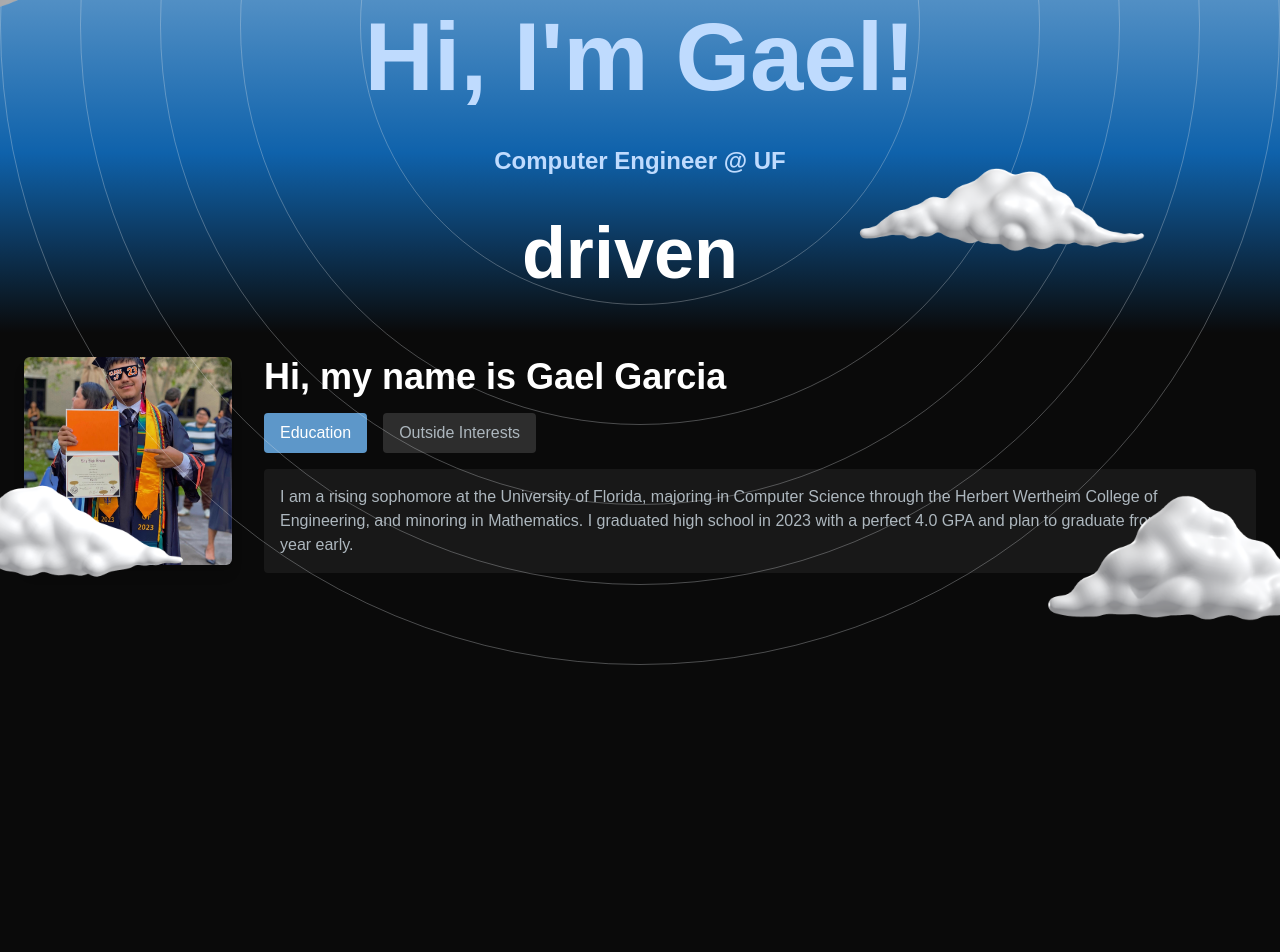
Repository: GG1627/2d-portfolio
Page: /
The author's editor kept a copy of each file at every save. The page is drawn from the files as they stood at one save, then again after the next save.
The browser window is 1280 px wide. The pictures show the part of the page from y = 387 to 1339 px (the page is 5560 px tall).
The project was rebuilt for these pictures with package versions that can differ from the ones it lists, and the page was loaded fresh each time. The framework's server and built-in components were replaced by stand-ins that run in the browser. Also part of the build but not shown: next.config.ts.

Above is the page before, as saved 2025-01-08 11:14:53.

### app/page.tsx
import { Hero } from "./sections/Hero";
import { Stack } from "./sections/Stack";
import { Projects } from "./sections/Projects";
import { Navbar } from "./sections/Navbar";
import About from "./sections/About";
import { Contact } from "./sections/Contact";

export default function Home() {
  return (
    <div>
      <Navbar />
      <Hero />
      <About />
      <Projects />
      <Stack />
      <Contact />
    </div>
  );
}

### app/sections/Hero.tsx
"use client";
import Image from "next/image";
import { TypeAnimation } from "react-type-animation";
import React from "react";
import ParallaxClouds from "../components/Clouds";
import Avatar from "./../assets/avatar.png";

export const Hero = () => {
  return (
    <div
      style={{
        background:
          "linear-gradient(180deg, #557BAD, #8BAAC4, #5D97C9, #0F62AB, #0a0a0a)",
      }}
      className="overflow-x-clip min-h-screen pb-2 flex items-center justify-center relative"
    >
      <div className="container mx-auto space-y-10 flex items-center justify-center flex-col text-center">
        <div className="w-[320px] h-[320px] rounded-full overflow-hidden bg-slate-200">
          <Image
            src={Avatar}
            alt="avatar"
            className="object-cover"
            width={320}
            height={320}
          />
        </div>
        <h1 className="text-blue-200 font-extrabold text-8xl">Hi, I'm Gael!</h1>
        <p className="text-blue-200 text-2xl font-semibold max-w-[500px]">
          Computer Engineer @ UF
        </p>
        <TypeAnimation
          className="text-7xl text-white inline-block font-extrabold"
          wrapper="h1"
          cursor={true}
          repeat={Infinity}
          sequence={[
            "leader",
            1000,
            "creative",
            1000,
            "passionate",
            1000,
            "driven",
            1000,
            "adaptable",
            1000,
            "ambitious",
            1000,
          ]}
        />
        <ParallaxClouds />
      </div>
    </div>
  );
};

### app/sections/Stack.tsx
"use client";
import React, { useEffect } from "react";
import {
  SiReact,
  SiNodedotjs,
  SiCplusplus,
  SiPython,
  SiThreedotjs,
  SiNextdotjs,
  SiFirebase,
  SiRedux,
  SiJavascript,
  SiTypescript,
} from "react-icons/si";
import { motion, useAnimation } from "framer-motion";
import { useInView } from "react-intersection-observer";

const stackItems = [
  {
    id: 1,
    name: "C++",
    icon: <SiCplusplus size={100} />,
    color: "text-sky-400",
  },
  {
    id: 2,
    name: "Python",
    icon: <SiPython size={100} />,
    color: "text-sky-400",
  },
  {
    id: 3,
    name: "JavaScript",
    icon: <SiJavascript size={100} />,
    color: "text-sky-400",
  },
  {
    id: 4,
    name: "TypeScript",
    icon: <SiTypescript size={100} />,
    color: "text-sky-400",
  },
  {
    id: 5,
    name: "React",
    icon: <SiReact size={100} />,
    color: "text-sky-400",
  },
  {
    id: 6,
    name: "Node.js",
    icon: <SiNodedotjs size={100} />,
    color: "text-sky-400",
  },
  {
    id: 7,
    name: "Three.js",
    icon: <SiThreedotjs size={100} />,
    color: "text-sky-400",
  },
  {
    id: 8,
    name: "Next.js",
    icon: <SiNextdotjs size={100} />,
    color: "text-sky-400",
  },
  {
    id: 9,
    name: "Firebase",
    icon: <SiFirebase size={100} />,
    color: "text-sky-400",
  },
  {
    id: 10,
    name: "Redux",
    icon: <SiRedux size={100} />,
    color: "text-sky-400",
  },
];

const itemVariants = {
  hidden: (index: number) => ({
    opacity: 0,
    x: index % 2 === 0 ? -100 : 100,
  }),
  visible: {
    opacity: 1,
    x: 0,
    transition: {
      duration: 3,
    },
  },
};

export const Stack = () => {
  const controls = useAnimation();
  const [ref, inView] = useInView({
    threshold: 0.1,
  });

  useEffect(() => {
    if (inView) {
      controls.start("visible");
    } else {
      controls.start("hidden");
    }
  }, [controls, inView]);

  return (
    <section className="">
      <div className=" max-w-[250px] mx-auto text-center">
        <h2 className="text-7xl text-gray-200 font-bold mb-10">My Stack</h2>
        <div className="grid gap-8" ref={ref}>
          {stackItems.map((item, index) => (
            <motion.div
              key={item.id}
              custom={index}
              initial="hidden"
              animate={controls}
              variants={itemVariants}
              className="bg-white/10 flex justify-center items-center flex-row rounded-xl shadow-lg p-4 hover:shadow-2xl"
            >
              <div className={`mb-4 ${item.color}`}>{item.icon}</div>
              <p className="text-white/20 text-3xl transform rotate-[-90deg]">
                {item.name}
              </p>
            </motion.div>
          ))}
        </div>
      </div>
    </section>
  );
};

### app/sections/Projects.tsx
import React from "react";
import ProjectCard from "../components/ProjectCard";

const projectsData = [
  {
    id: 1,
    title: "3D Portfolio",
    description:
      "An immersive, fully interactive 3D portfolio that seamlessly integrates 2D elements, providing a dynamic and engaging experience for users to explore the app in a visually compelling environment.",
    image: "images/netflix.png",
    tag: ["All", "Web"],
    gitUrl: "/",
    previewUrl: "/",
    tools: [
      "TypeScript",
      "React",
      "React-Three-Fiber",
      "Three.js",
      "GSAP",
      "HTML",
      "CSS",
    ],
  },
  {
    id: 2,
    title: "2D Portfolio",
    description:
      "A dynamic portfolio featuring engaging animations, designed to serve as a 2D component within my 3D portfolio project.",
    image: "images/netflix.png",
    tag: ["All", "Web"],
    gitUrl: "/",
    previewUrl: "/",
    tools: [
      "TypeScript",
      "React",
      "Next.js",
      "Framer Motion",
      "Parallax",
      "HTML",
      "Tailwind CSS",
      "Vercel",
    ],
  },
  {
    id: 3,
    title: "Netflix Clone",
    description:
      "Developed a fully functional Netflix clone with user authentication, movie browsing, subscription management, and recurring payments, delivering an immersive streaming experience.",
    image: "images/netflix.png",
    tag: ["All", "Web"],
    gitUrl: "https://github.com/GG1627/Netflix-clone",
    previewUrl: "https://movieappv2-8361c.web.app/",
    tools: [
      "JavaScript",
      "React",
      "Redux",
      "Firebase",
      "Stripe",
      "API",
      "HTML",
      "CSS",
    ],
  },
  {
    id: 4,
    title: "Game Twin",
    description:
      "Developed a web application that uses Quick Sort and Cocktail Sort algorithms to provide personalized video game recommendations based on parameters such as Metacritic ratings and achievements, leveraging a dataset of over 470,000 games.",
    image: "images/gameTwin.png",
    tag: ["All", "Web"],
    gitUrl: "https://github.com/GG1627/Game-Twin",
    previewUrl: "https://game-twin.onrender.com/",
    tools: ["C++", "Python", "Django", "Flask", "HTML", "CSS"],
  },
  {
    id: 5,
    title: "Manim Data Structures",
    description:
      "Collaborating on an open-source project to develop a Python plugin with the Manim library for animating and visualizing data structures, enhancing the understanding of complex algorithms.",
    image: "images/manim.png",
    tag: ["All", "Web"],
    gitUrl: "https://github.com/ufosc/manim-data-structures",
    previewUrl: "",
    tools: ["Python", "Manim", "Mobjects"],
  },
  {
    id: 6,
    title: "Minesweeper",
    description:
      "Recreated the classic Minesweeper game with full functionality, including a timer, mine count, flag placement, and leaderboard, offering an engaging and complete user experience.",
    image: "images/minesweeper.png",
    tag: ["All", "Web"],
    gitUrl: "https://github.com/GG1627/MineSweeper",
    previewUrl: "",
    tools: ["C++", "SFML", "Chronos"],
  },
];

export const Projects = () => {
  return (
    <>
      <h2 className="text-center text-6xl font-bold text-[#5D97C9] mt-4 mb-10">
        My Projects
      </h2>
      <div className="grid md:grid-cols-3 gap-8 md:gap-12 px-10">
        {projectsData.map((project) => (
          <ProjectCard
            key={project.id}
            title={project.title}
            description={project.description}
            imgUrl={project.image}
            gitUrl={project.gitUrl}
            previewUrl={project.previewUrl}
            tools={project.tools}
          />
        ))}
      </div>
    </>
  );
};

### app/sections/Navbar.tsx
"use client";
import React, { useState } from "react";
import { AiOutlineMenu, AiOutlineClose } from "react-icons/ai";
import { motion } from "framer-motion";

const navLinks = [
  { title: "About", path: "#about" },
  { title: "Projects", path: "#Projects" },
  { title: "Stack", path: "#Stack" },
  { title: "Contact", path: "#Contact" },
];

export const Navbar = () => {
  const [nav, setNav] = useState(false);

  const toggleNav = () => {
    setNav(!nav);
  };

  const closeNav = () => {
    setNav(false);
  };

  const menuVariants = {
    open: {
      x: 0,
      transition: {
        stiffness: 20,
        damping: 15,
      },
    },
    close: {
      x: "-100%",
      transition: {
        stiffness: 20,
        damping: 15,
      },
    },
  };

  return (
    <div className="z-50 fixed left-[40%] text-white font-bold">
      <div className="border border-white/20 mt-12 backdrop-blur-xl rounded-3xl hidden md:flex items-center justify-center p-2 max-w-[400px] mx-auto">
        <ul className="flex flex-row p-2 space-x-8">
          {navLinks.map((link, index) => (
            <li key={index}>
              <a
                href={link.path}
                className="transform hover:skew-x-12 hover:text-white/50 transition-all duration-300 ease-in-out"
              >
                {link.title}
              </a>
            </li>
          ))}
        </ul>
      </div>

      <div
        onClick={toggleNav}
        className="z-50 md:hidden absolute top-5 left-5 border rounded text-white/70 border-white/70 p-2"
      >
        {nav ? <AiOutlineClose size={30} /> : <AiOutlineMenu size={30} />}
      </div>

      <motion.div
        initial={false}
        animate={nav ? "open" : "closed"}
        variants={menuVariants}
        className="fixed left-0 top-0 w-full h-full bg-black/90 hidden md:hidden"
      >
        <ul className="flex flex-col items-center justify-center space-y-8 h-full">
          {navLinks.map((link, index) => (
            <li key={index}>
              <a href={link.path} onClick={closeNav} className="text-5xl">
                {link.title}
              </a>
            </li>
          ))}
        </ul>
      </motion.div>
    </div>
  );
};

### app/sections/About.tsx
"use client";
import React, { useState } from "react";

const About: React.FC = () => {
  const [activeTab, setActiveTab] = useState<"education" | "interests">(
    "education"
  );

  const handleTabClick = (tab: "education" | "interests") => {
    setActiveTab(tab);
  };

  return (
    <div className="h-screen flex flex-col md:flex-row items-center md:items-start p-6 bg-[#0a0a0a] text-white">
      {/* Left Section: Profile Picture */}
      <div className="flex-shrink-0 mb-6 md:mb-0 md:mr-8">
        <img
          src="/images/pic.jpg"
          alt="Gael's Picture"
          className="w-52 h-52 md:w-52 md:h-52 rounded-md object-cover shadow-lg"
        />
      </div>

      {/* Right Section: Content */}
      <div className="flex-grow">
        {/* Greeting */}
        <h1 className="text-3xl md:text-4xl font-bold mb-4">
          Hi, my name is Gael Garcia
        </h1>

        {/* Tabs */}
        <div className="flex space-x-4 mb-4">
          <button
            className={`px-4 py-2 rounded ${
              activeTab === "education"
                ? "bg-[#5D97C9] text-white"
                : "bg-[#2D2D2D] text-[#ADB7BE]"
            }`}
            onClick={() => handleTabClick("education")}
          >
            Education
          </button>
          <button
            className={`px-4 py-2 rounded ${
              activeTab === "interests"
                ? "bg-[#5D97C9] text-white"
                : "bg-[#2D2D2D] text-[#ADB7BE]"
            }`}
            onClick={() => handleTabClick("interests")}
          >
            Outside Interests
          </button>
        </div>

        {/* Tab Content */}
        <div className="p-4 rounded bg-[#181818]">
          {activeTab === "education" ? (
            <div>
              {/* <h2 className="text-2xl font-semibold mb-2">Education</h2> */}
              <p className="text-[#ADB7BE]">
                I am a rising sophomore at the University of Florida, majoring
                in Computer Science through the Herbert Wertheim College of
                Engineering, and minoring in Mathematics. I graduated high
                school in 2023 with a perfect 4.0 GPA and plan to graduate from
                college a year early.
              </p>
            </div>
          ) : (
            <div>
              {/* <h2 className="text-2xl font-semibold mb-2">Outside Interests</h2> */}
              <p className="text-[#ADB7BE]">
                Outside of my studies, I enjoy playing pickleball, exploring new
                cuisines (especially tacos!), and watching soccer. I also love
                staying active and spending time with friends and family.
              </p>
            </div>
          )}
        </div>
      </div>
    </div>
  );
};

export default About;

### app/sections/Contact.tsx
export const Contact = () => {
  return <div className="w-full h-screen">Contact</div>;
};

### app/components/Clouds.tsx
import React, { useEffect, useState } from "react";
import Cloud1 from "./../assets/cloud1.png";
import Cloud2 from "./../assets/cloud2.png";
import Cloud3 from "./../assets/cloud3.png";
import Cloud4 from "./../assets/cloud4.png";
import Cloud5 from "./../assets/cloud5.png";
import Image from "next/image";
import { Circles } from "./Circles";

const ParallaxClouds = () => {
  const [mousePosition, setMousePosition] = useState({ x: 0, y: 0 });
  const [cloudsPosition, setCloudsPosition] = useState({
    cloud1: { x: 0, y: 0 },
    cloud2: { x: 0, y: 0 },
    cloud3: { x: 0, y: 0 },
    cloud4: { x: 0, y: 0 },
    cloud5: { x: 0, y: 0 },
  });

  // Track mouse position
  const handleMouseMove = (e: MouseEvent) => {
    const { clientX, clientY } = e;
    setMousePosition({ x: clientX, y: clientY });
  };

  // Calculate cloud positions based on mouse position
  useEffect(() => {
    const updateCloudPositions = () => {
      setCloudsPosition({
        cloud1: {
          x: (mousePosition.x - window.innerWidth / 2) * 0.05,
          y: (mousePosition.y - window.innerHeight / 2) * 0.05,
        },
        cloud2: {
          x: (mousePosition.x - window.innerWidth / 2) * 0.1,
          y: (mousePosition.y - window.innerHeight / 2) * 0.1,
        },
        cloud3: {
          x: (mousePosition.x - window.innerWidth / 2) * 0.15,
          y: (mousePosition.y - window.innerHeight / 2) * 0.15,
        },
        cloud4: {
          x: (mousePosition.x - window.innerWidth / 2) * 0.2,
          y: (mousePosition.y - window.innerHeight / 2) * 0.2,
        },
        cloud5: {
          x: (mousePosition.x - window.innerWidth / 2) * 0.25,
          y: (mousePosition.y - window.innerHeight / 2) * 0.25,
        },
      });
    };

    updateCloudPositions();
  }, [mousePosition]); // Update whenever the mouse position changes

  // Add event listener for mouse movement
  useEffect(() => {
    window.addEventListener("mousemove", handleMouseMove);

    // Clean up the event listener
    return () => {
      window.removeEventListener("mousemove", handleMouseMove);
    };
  }, []);

  return (
    <div className="absolute top-[-35%] left-[50%] w-[78rem] -translate-x-1/2 aspect-square">
      <Circles />
      <Image
        src={Cloud1}
        alt="cloud 1"
        className="absolute"
        style={{
          left: `calc(-7% + ${cloudsPosition.cloud1.x}px)`,
          top: `calc(80% + ${cloudsPosition.cloud1.y}px)`,
          width: "300px", // Make the cloud smaller
          transition: "transform 0.1s ease-out",
        }}
      />
      <Image
        src={Cloud2}
        alt="cloud 2"
        className="absolute"
        style={{
          left: `calc(65% + ${cloudsPosition.cloud2.x}px)`,
          top: `calc(30% + ${cloudsPosition.cloud2.y}px)`,
          width: "300px", // Make the cloud smaller
          transition: "transform 0.1s ease-out",
        }}
      />
      <Image
        src={Cloud3}
        alt="cloud 3"
        className="absolute"
        style={{
          left: `calc(90% + ${cloudsPosition.cloud3.x}px)`,
          top: `calc(85% + ${cloudsPosition.cloud3.y}px)`,
          width: "300px", // Make the cloud smaller
          transition: "transform 0.1s ease-out",
        }}
      />
      <Image
        src={Cloud4}
        alt="cloud 4"
        className="absolute"
        style={{
          left: `calc(-5% + ${cloudsPosition.cloud4.x}px)`,
          top: `calc(35% + ${cloudsPosition.cloud4.y}px)`,
          width: "300px", // Make the cloud smaller
          transition: "transform 0.1s ease-out",
        }}
      />
      <Image
        src={Cloud5}
        alt="cloud 5"
        className="absolute"
        style={{
          left: `calc(80% + ${cloudsPosition.cloud5.x}px)`,
          top: `calc(60% + ${cloudsPosition.cloud5.y}px)`,
          width: "300px", // Make the cloud smaller

          transition: "transform 0.1s ease-out",
        }}
      />
    </div>
  );
};

export default ParallaxClouds;

### app/components/ProjectCard.tsx
"use client";
import React from "react";
import { CodeBracketIcon, EyeIcon } from "@heroicons/react/24/outline";
import Link from "next/link";

interface ProjectCardProps {
  imgUrl: string;
  title: string;
  description: string;
  gitUrl: string;
  previewUrl: string;
  tools: string[]; // tools as an array of strings
}

const ProjectCard: React.FC<ProjectCardProps> = ({
  imgUrl,
  title,
  description,
  gitUrl,
  previewUrl,
  tools,
}) => {
  return (
    <div>
      <div
        className="h-52 md:h-72 rounded-t-xl relative group"
        style={{ background: `url(${imgUrl})`, backgroundSize: "cover" }}
      >
        <div className="overlay items-center justify-center absolute top-0 left-0 w-full h-full bg-[#181818] bg-opacity-0 hidden group-hover:flex group-hover:bg-opacity-80 transition-all duration-500">
          <Link
            href={gitUrl}
            className="h-14 mr-2 w-14 border-2 relative rounded-full border-[#ADB7BE] hover:border-white group/link"
          >
            <CodeBracketIcon className="h-10 w-10 text-[#ADB7BE] absolute top-1/2 left-1/2 transform -translate-x-1/2 -translate-y-1/2 cursor-pointer group-hover/link:text-white" />
          </Link>
          {previewUrl && (
            <Link
              href={previewUrl}
              className="h-14 w-14 border-2 relative rounded-full border-[#ADB7BE] hover:border-white group/link"
            >
              <EyeIcon className="h-10 w-10 text-[#ADB7BE] absolute top-1/2 left-1/2 transform -translate-x-1/2 -translate-y-1/2 cursor-pointer group-hover/link:text-white" />
            </Link>
          )}
        </div>
      </div>
      <div className="text-white rounded-b-xl mt-2 bg-[#0a0a0a] py-6 px-4">
        <h5 className="text-xl font-semibold mb-2 text-[#5D97C9]">{title}</h5>
        <p className="text-[#ADB7BE]">{description}</p>
        {/* Tools section */}
        <div className="mt-4">
          <h6 className="text-[#ADB7BE] font-semibold mb-2">Tools Used:</h6>
          <div className="flex flex-wrap gap-2">
            {tools.map((tool, index) => (
              <span
                key={index}
                className="bg-[#5D97C9] bg-opacity-[10%] text-[#5D97C9] px-4 py-1 rounded-full text-sm"
              >
                {tool}
              </span>
            ))}
          </div>
        </div>
      </div>
    </div>
  );
};

export default ProjectCard;

### app/components/Circles.tsx
export const Circles = () => {
  return (
    <>
      <div className="aspect-square absolute opacity-30 top-1/2 left-1/2 w-[60rem] border rounded-full -translate-x-1/2 -translate-y-1/2"></div>
      <div className="aspect-square absolute opacity-30 top-1/2 left-1/2 w-[50rem] border rounded-full -translate-x-1/2 -translate-y-1/2"></div>
      <div className="aspect-square absolute opacity-30 top-1/2 left-1/2 w-[35rem] border rounded-full -translate-x-1/2 -translate-y-1/2"></div>
      {/* <div className="aspect-square absolute opacity-30 top-1/2 left-1/2 w-[20rem] border rounded-full -translate-x-1/2 -translate-y-1/2"></div> */}
      <div className="aspect-square absolute opacity-30 top-1/2 left-1/2 w-[70rem] border rounded-full -translate-x-1/2 -translate-y-1/2"></div>
      <div className="aspect-square absolute opacity-30 top-1/2 left-1/2 w-[80rem] border rounded-full -translate-x-1/2 -translate-y-1/2"></div>
    </>
  );
};

### tailwind.config.ts
import type { Config } from "tailwindcss";

export default {
  content: [
    "./pages/**/*.{js,ts,jsx,tsx,mdx}",
    "./components/**/*.{js,ts,jsx,tsx,mdx}",
    "./app/**/*.{js,ts,jsx,tsx,mdx}",
  ],
  theme: {
    extend: {
      colors: {
        background: "var(--background)",
        foreground: "var(--foreground)",
      },
    },
    screens: {
      sm: "640px",
      md: "768px",
      lg: "1024px",
      xl: "1280px",
    },
  },
  plugins: [],
} satisfies Config;

Loaded but not shown: app/layout.tsx (common file); app/globals.css (common file)

After the next save:
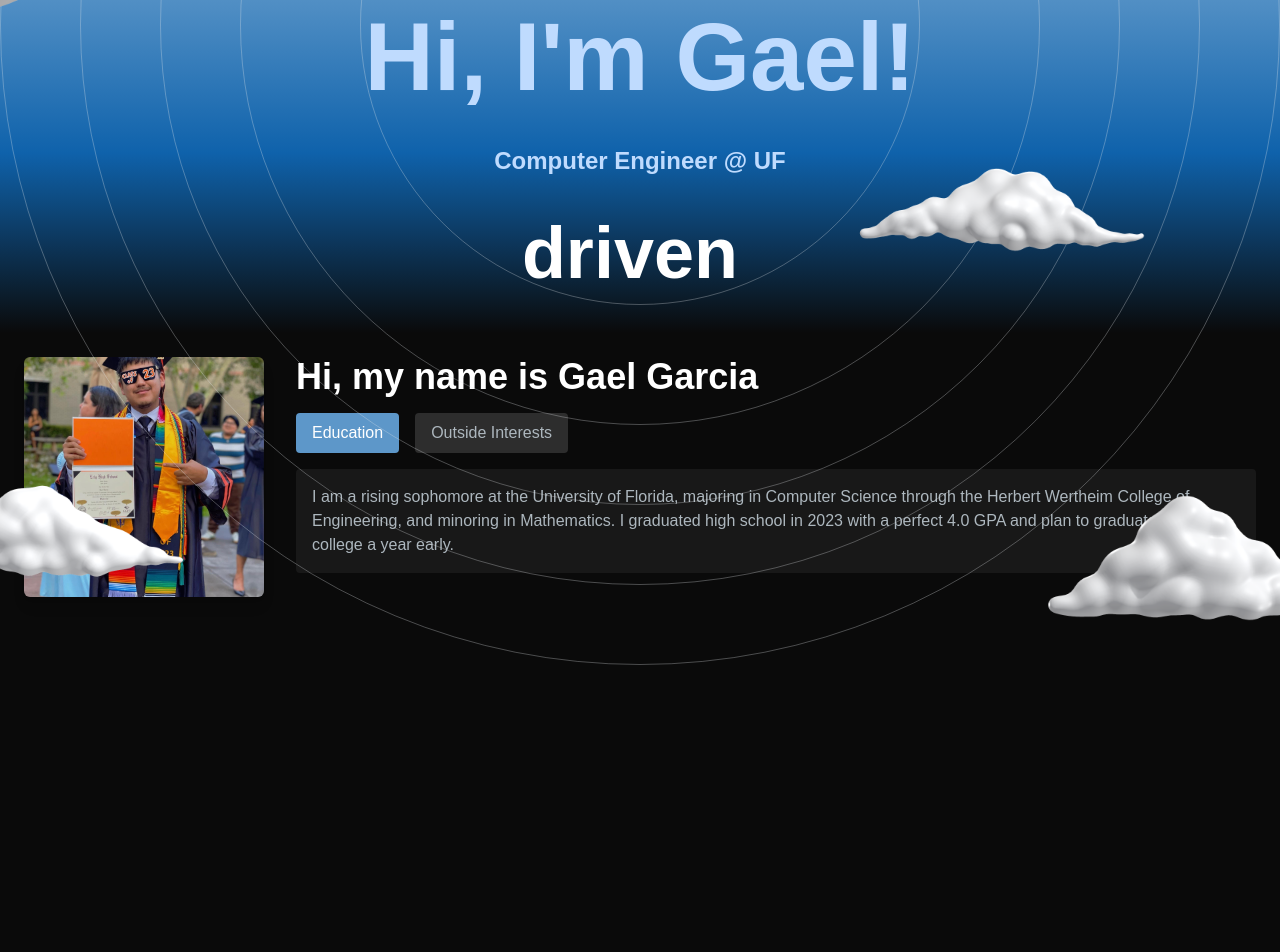
Saved 19 s later.
--- a/app/sections/About.tsx
+++ b/app/sections/About.tsx
@@ -17,7 +17,7 @@
         <img
           src="/images/pic.jpg"
           alt="Gael's Picture"
-          className="w-52 h-52 md:w-52 md:h-52 rounded-md object-cover shadow-lg"
+          className="w-60 h-60 md:w-60 md:h-560 rounded-md object-cover shadow-lg"
         />
       </div>
 
